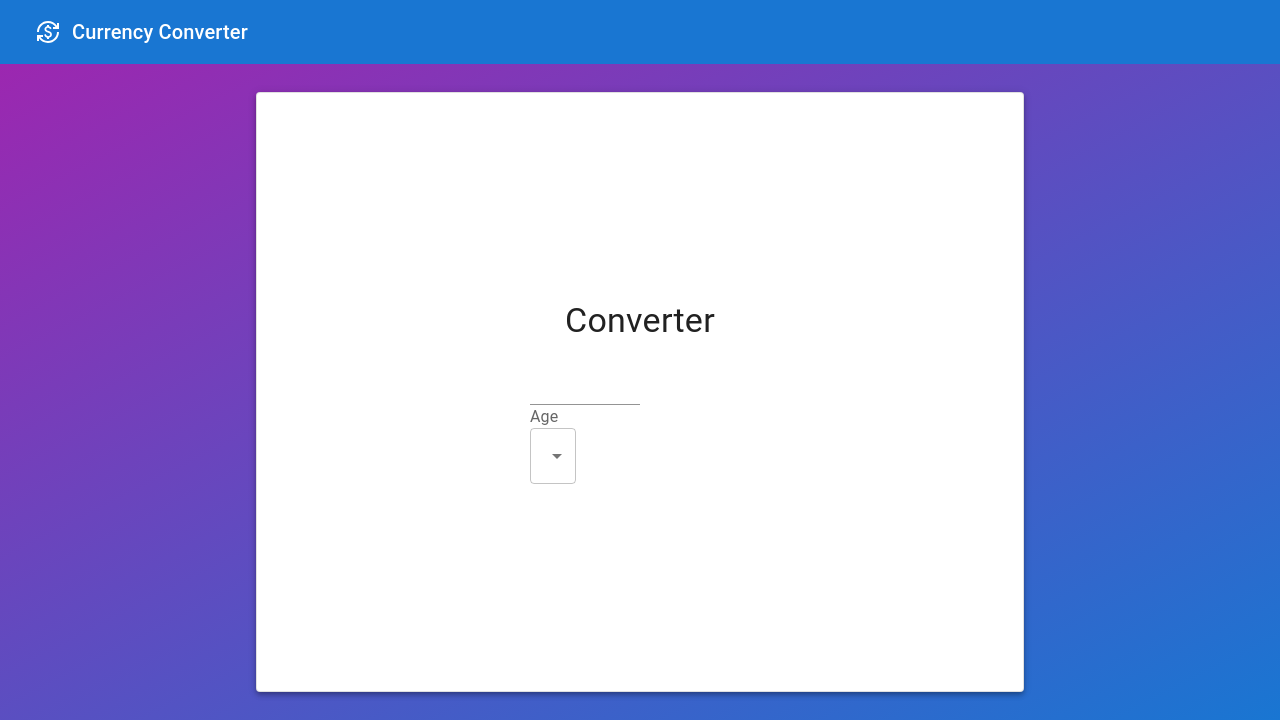
Repository: rutsguifd/currency-converter
Page: /
An editor plug-in stored every save of this project. The page is shown before and after the next save, followed by the edit.
The browser window is 1280 px wide. The pictures show the whole page.
The project was rebuilt for these pictures with package versions that can differ from the ones it lists, and the page was loaded fresh each time. Also part of the build but not shown: src/components/ErrorBoundary.jsx.

Above is the page before, as saved 2023-03-27 23:51:49.

### src/index.js
import { CssBaseline } from "@mui/material";
import React from "react";
import ReactDOM from "react-dom/client";
import { Provider } from "react-redux";
import { BrowserRouter } from "react-router-dom";
import App from "./App";
import { setupStore } from "./store";

const store = setupStore();

const root = ReactDOM.createRoot(document.getElementById("root"));
root.render(
  <Provider store={store}>
    <BrowserRouter>
      <CssBaseline>
        <App />
      </CssBaseline>
    </BrowserRouter>
  </Provider>
);

### src/App.js
import AppRouter from "./router/AppRouter";

function App() {
  return (
    <>
      <AppRouter />
    </>
  );
}

export default App;

### src/store/index.js
import { combineReducers, configureStore } from "@reduxjs/toolkit";
import { ConverterAPI } from "./ConverterService";

const rootReducer = combineReducers({
  [ConverterAPI.reducerPath]: ConverterAPI.reducer,
});

export const setupStore = () => {
  return configureStore({
    reducer: rootReducer,
    middleware: (getDefaultMiddleware) =>
      getDefaultMiddleware().concat(ConverterAPI.middleware),
  });
};

### src/router/AppRouter.jsx
import React from "react";
import { Route, Routes } from "react-router-dom";
import ErrorBoundary from "../components/ErrorBoundary";
import HomePage from "../pages/HomePage";

const AppRouter = () => {
  return (
    <Routes>
      <Route path="/" element={<HomePage />} />
      <Route path="/error" element={<ErrorBoundary />} />
    </Routes>
  );
};

export default AppRouter;

### src/store/ConverterService.js
import { createApi, fetchBaseQuery } from "@reduxjs/toolkit/dist/query/react";

const BASE_URL = "https://api.apilayer.com/exchangerates_data/";

const BASE_QUERY = fetchBaseQuery({
  baseUrl: BASE_URL,
  prepareHeaders: (headers) => {
    headers.set("apikey", "3yTPGVUhUYyAGGgNkKb2MySzxmY4qcWi");
    return headers;
  },
});

export const ConverterAPI = createApi({
  reducerPath: "ConverterAPI",
  baseQuery: BASE_QUERY,
  tagTypes: ["ConverterAPI"],
  endpoints: (build) => ({
    getLatestCurrency: build.query({
      query: ({ symbols, base }) => `latest?symbols=${symbols}&base=${base}`,
    }),
  }),
});

### src/pages/HomePage.jsx
import React from "react";
import ConvertContainer from "../components/ConvertContainer";
import MainLayout from "../layout/MainLayout";

const HomePage = () => {
  return (
    <MainLayout>
      <ConvertContainer />
    </MainLayout>
  );
};

export default HomePage;

### src/components/ConvertContainer.jsx
import { Container, useTheme } from "@mui/material";
import React from "react";
import Convert from "./Convert";

const ConvertContainer = () => {
  const theme = useTheme();

  return (
    <Container
      maxWidth={false}
      disableGutters
      sx={{
        display: "flex",
        justifyContent: "center",
        alignItems: "center",
        minHeight: "calc(100vh - 64px)",
        background: `linear-gradient(to right bottom, ${theme.palette.secondary.main},  ${theme.palette.primary.main})`,
      }}
    >
      <Convert />
    </Container>
  );
};

export default ConvertContainer;

### src/layout/MainLayout.jsx
import React from "react";
import Header from "../components/Header";

const MainLayout = ({ children }) => {
  return (
    <>
      <Header />
      {children}
    </>
  );
};

export default MainLayout;

### src/components/Convert.jsx
import {
  Box,
  InputLabel,
  MenuItem,
  Paper,
  Select,
  TextField,
  Typography,
} from "@mui/material";
import React from "react";

const Convert = () => {
  return (
    <Paper
      variant="outlined"
      sx={{
        p: 4,
        display: "flex",
        flexDirection: "column",
        alignItems: "center",
        justifyContent: "center",
        width: "60vw",
        minWidth: "400px",
        height: "60vh",
        minHeight: "600px",
        gap: 4,
        boxShadow: 4,
      }}
    >
      <Typography variant="h4">Converter</Typography>
      <Box>
        <TextField variant="standard" sx={{ width: "50%" }} />
        <InputLabel id="demo-simple-select-label">Age</InputLabel>
        <Select
          labelId="demo-simple-select-label"
          id="demo-simple-select"
          // value={age}
          // label="Age"
          // onChange={handleChange}
        >
          <MenuItem value={10}>Ten</MenuItem>
          <MenuItem value={20}>Twenty</MenuItem>
          <MenuItem value={30}>Thirty</MenuItem>
        </Select>
      </Box>
    </Paper>
  );
};

export default Convert;

### src/components/Header.jsx
import {
  AppBar,
  Box,
  CircularProgress,
  IconButton,
  Toolbar,
  Typography,
} from "@mui/material";
import CurrencyExchangeIcon from "@mui/icons-material/CurrencyExchange";
import EuroSymbolIcon from "@mui/icons-material/EuroSymbol";
import AttachMoneyIcon from "@mui/icons-material/AttachMoney";
import React from "react";
import { ConverterAPI } from "../store/ConverterService";
import { useNavigate } from "react-router-dom";

const Header = () => {
  const navigate = useNavigate();

  //   const {
  //     data: USDData,
  //     error: USDError,
  //     isLoading: USDLoading,
  //   } = ConverterAPI.useGetLatestCurrencyQuery({
  //     symbols: "UAH",
  //     base: "USD",
  //   });
  //   const {
  //     data: EURData,
  //     error: EURError,
  //     isLoading: EURLoading,
  //   } = ConverterAPI.useGetLatestCurrencyQuery({
  //     symbols: "UAH",
  //     base: "EUR",
  //   });
  //   if (USDError || EURError) {
  //     return navigate("/error");
  //   }
  return (
    <Box sx={{ flexGrow: 1 }}>
      <AppBar position="static">
        <Toolbar>
          <IconButton size="large" color="inherit">
            <CurrencyExchangeIcon />
          </IconButton>
          <Typography variant="h6" component="div" sx={{ flexGrow: 1 }}>
            Currency Converter
          </Typography>
          {/* <Box margin={2} display="flex" flexDirection="row">
            <EuroSymbolIcon />
            {EURLoading ? (
              <CircularProgress />
            ) : (
              <Typography>{EURData.rates.UAH}</Typography>
            )}
          </Box>
          <Box margin={2} display="flex" flexDirection="row">
            <AttachMoneyIcon />
            {USDLoading ? (
              <CircularProgress />
            ) : (
              <Typography>{USDData.rates.UAH}</Typography>
            )}
          </Box> */}
        </Toolbar>
      </AppBar>
    </Box>
  );
};

export default Header;

Loaded but not shown: public/index.html (common file)

After the next save:
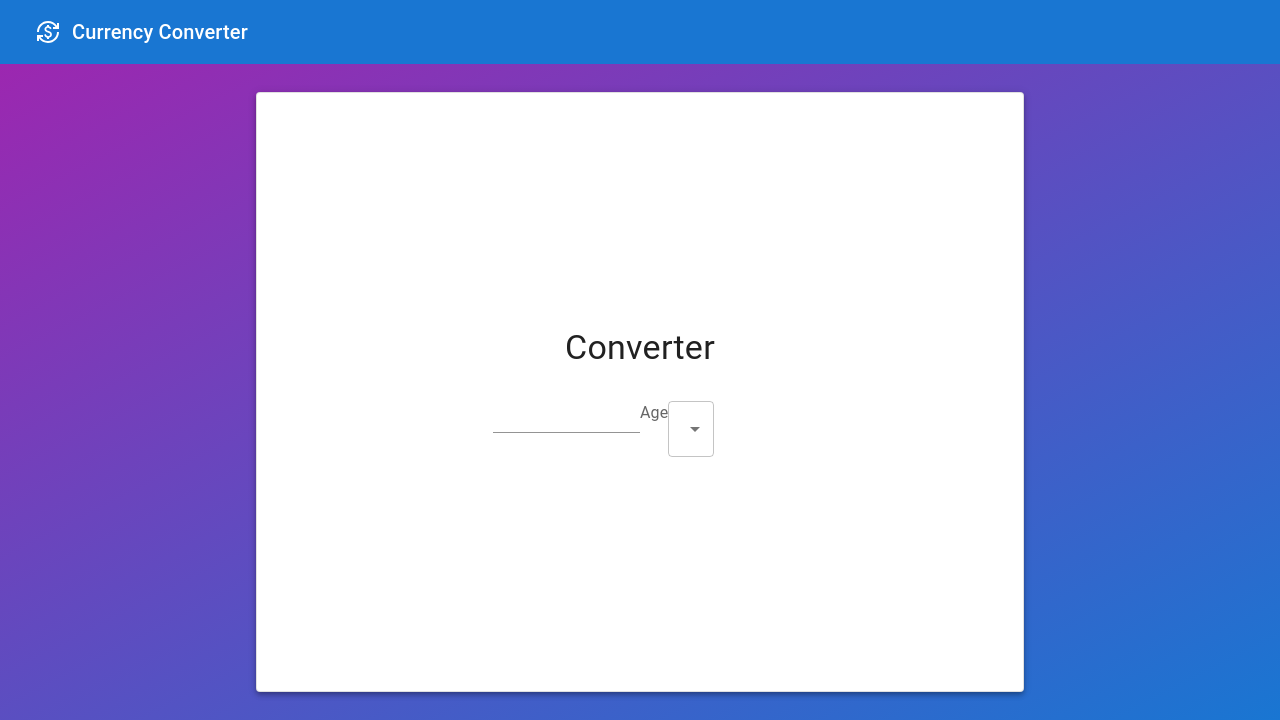
Saved 37 s later.
--- a/src/components/Convert.jsx
+++ b/src/components/Convert.jsx
@@ -28,7 +28,7 @@ const Convert = () => {
       }}
     >
       <Typography variant="h4">Converter</Typography>
-      <Box>
+      <Box display="flex" flexDirection="row">
         <TextField variant="standard" sx={{ width: "50%" }} />
         <InputLabel id="demo-simple-select-label">Age</InputLabel>
         <Select
